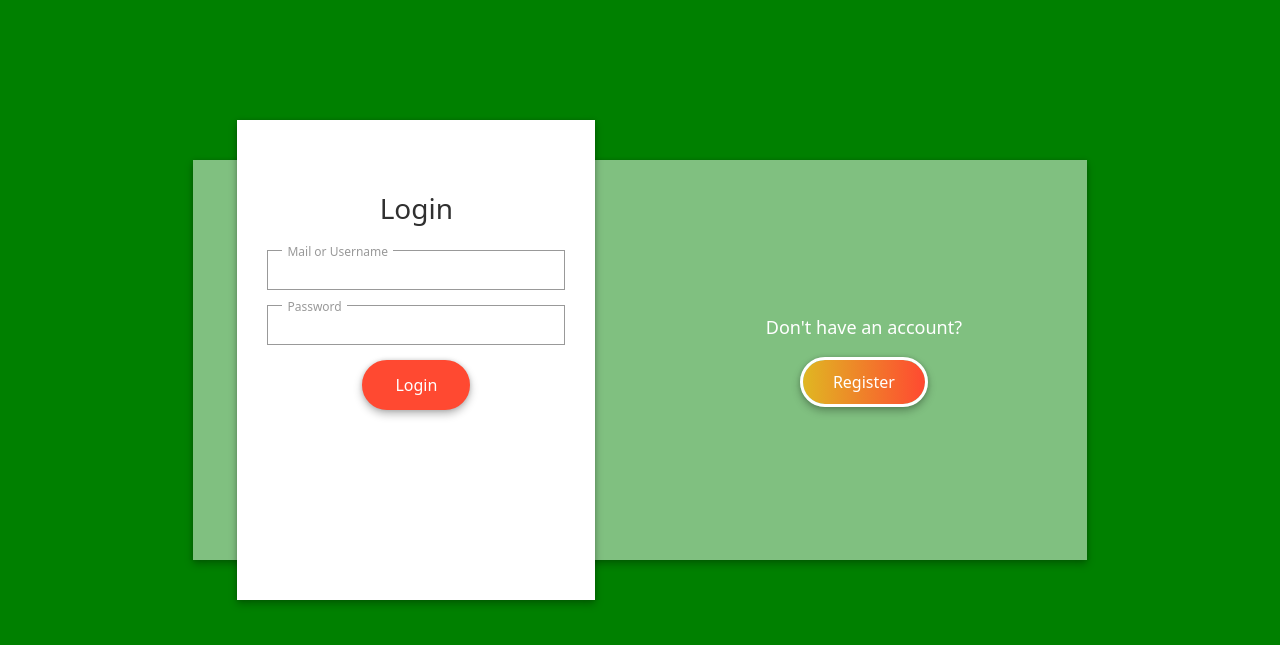
Repository: bzorufchi/front-store
Page: index.html
These files come from the project's save history. The page is drawn as it stood at one moment and after the next save; the edit follows.
The browser window is 1280 px wide. The pictures show the whole page.

Above is the page before, as saved 2023-11-29 12:03:12.
Not found: wwwroot/Store.styles.css

After the next save:
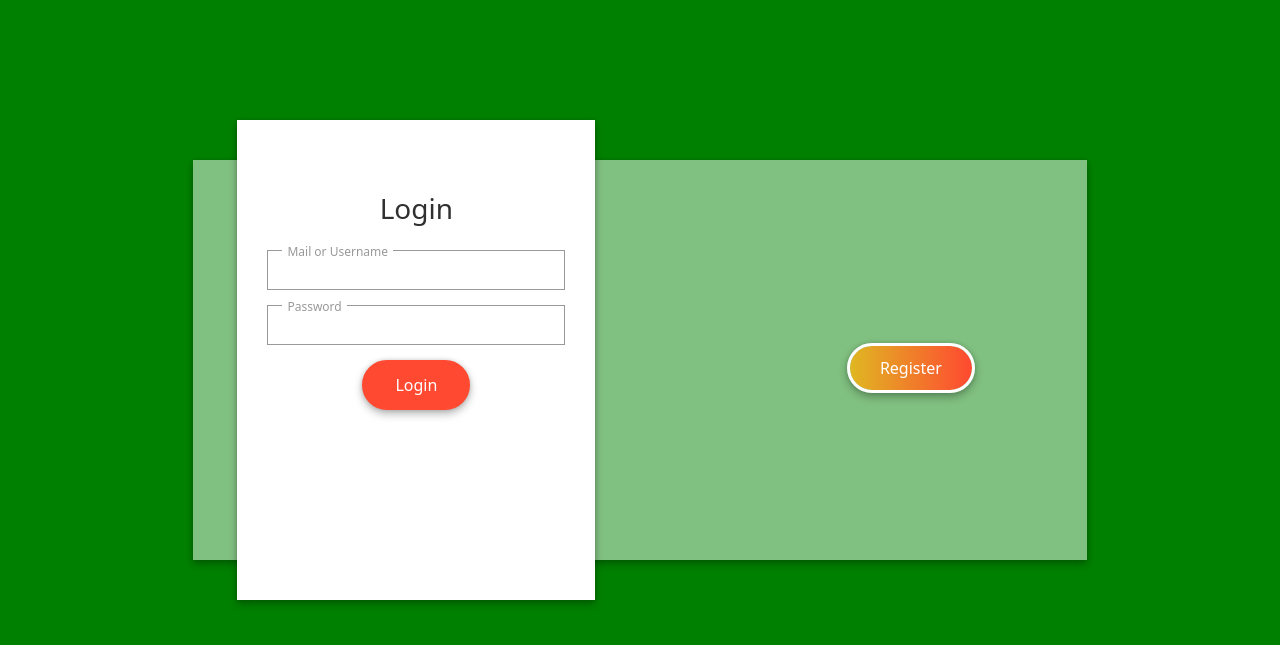
Saved 21 s later.
--- a/index.html
+++ b/index.html
@@ -17,7 +17,7 @@
                 <button class="active">ورود</button>
             </div>
             <div class="rgstr-btn splits">
-                <p>Don't have an account?</p>
+                <p></p>
                 <button>Register</button>
             </div>
             <div class="wrapper">
